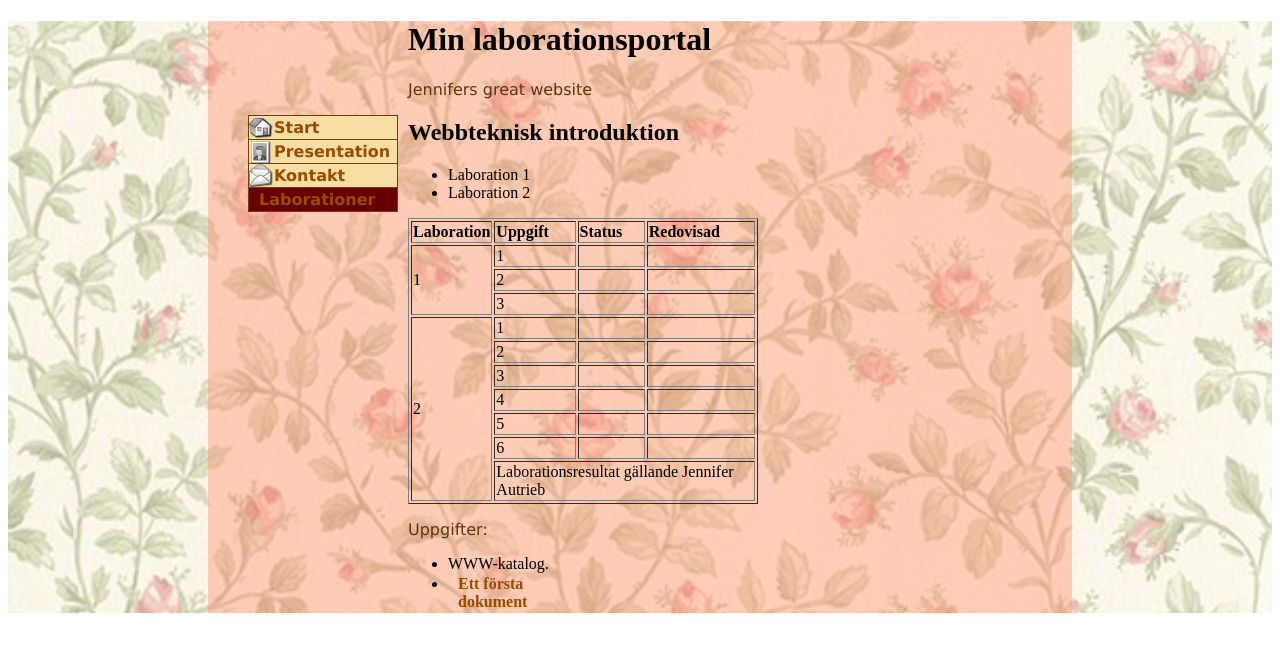
Repository: JeAut/1ik415-JeAut-laborationer
Page: WWW/pages/laborationer.html
The author's editor kept a record of every edit. The page is drawn from the files as they stood at one moment, then again after the next edit.
The browser window is 1280 px wide. The pictures show the whole page.

Above is the page before.

After the next edit:
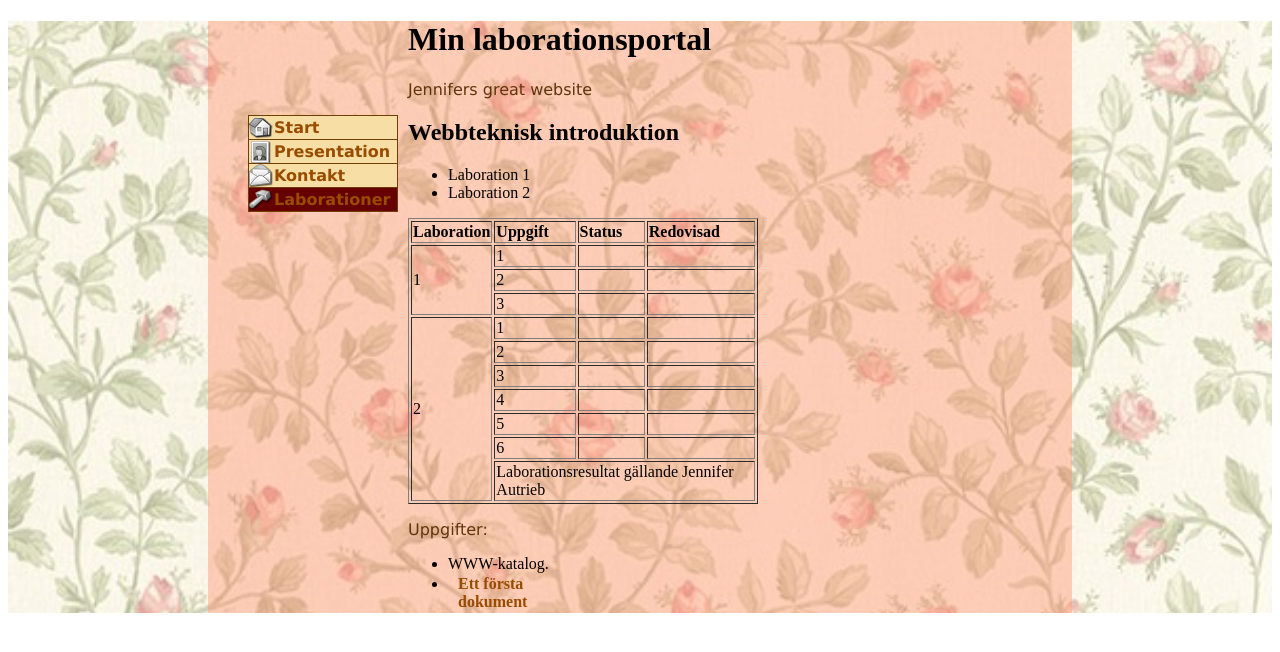
The edit:
--- a/WWW/pages/laborationer.html
+++ b/WWW/pages/laborationer.html
@@ -28,7 +28,7 @@
             <li><a href="kontakt.html" class="buttonkontakt"> Kontakt</a></li>
             </div>
             <div id="ulsidemenu2">
-            <li><a href="laborationer.html" class="active"> Laborationer</a></li>
+            <li><a href="laborationer.html" class="active buttonlabb"> Laborationer</a></li>
             </div>
             </div>
             </div>
